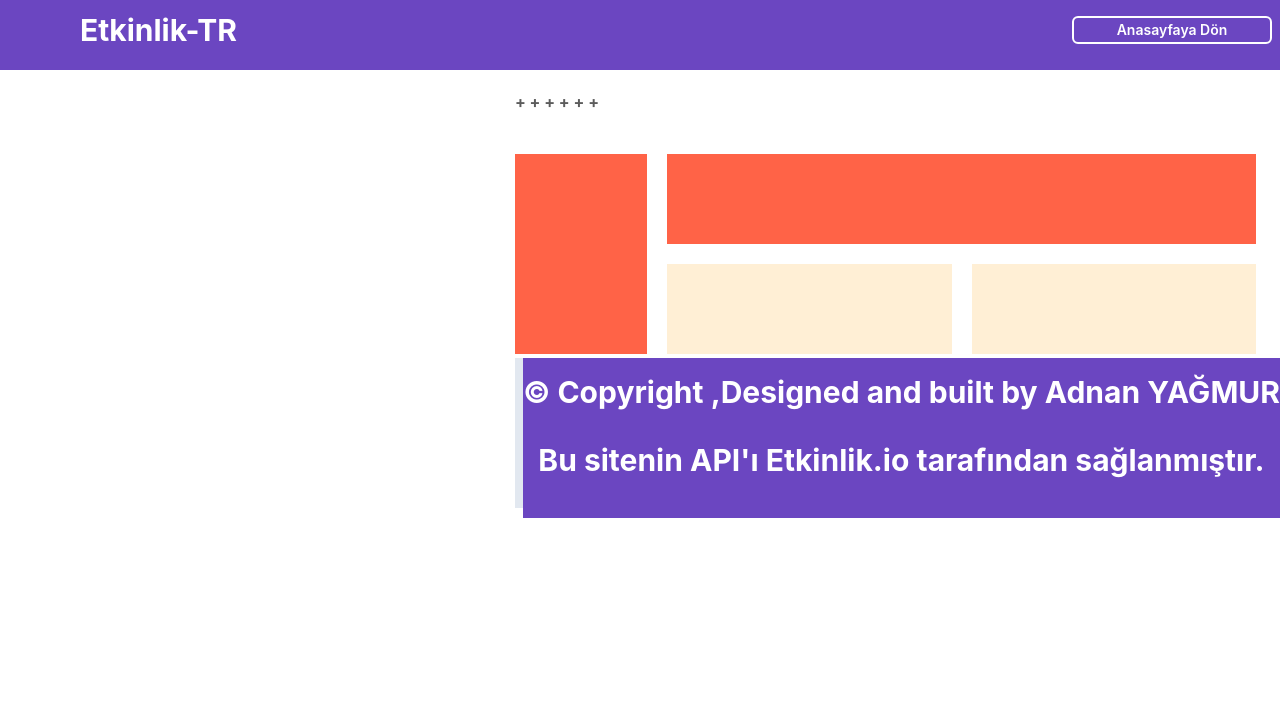
Repository: adnanyagmur/EtsTur-FrontEnd-Hiring-Challange
Page: /detailPage
An editor plug-in stored every save of this project. The page is shown before and after the next save, followed by the edit.
The browser window is 1280 px wide. The pictures show the whole page.
The project was rebuilt for these pictures with package versions that can differ from the ones it lists, and the page was loaded fresh each time. Also part of the build but not shown: src/index.css, src/components/eventList/EventList.jsx, src/components/hompage/HomePage.jsx, src/pastApi/json.js, src/components/pastEventList/PastList.jsx.

Above is the page before, as saved 2022-06-21 22:07:23.

After the next save:
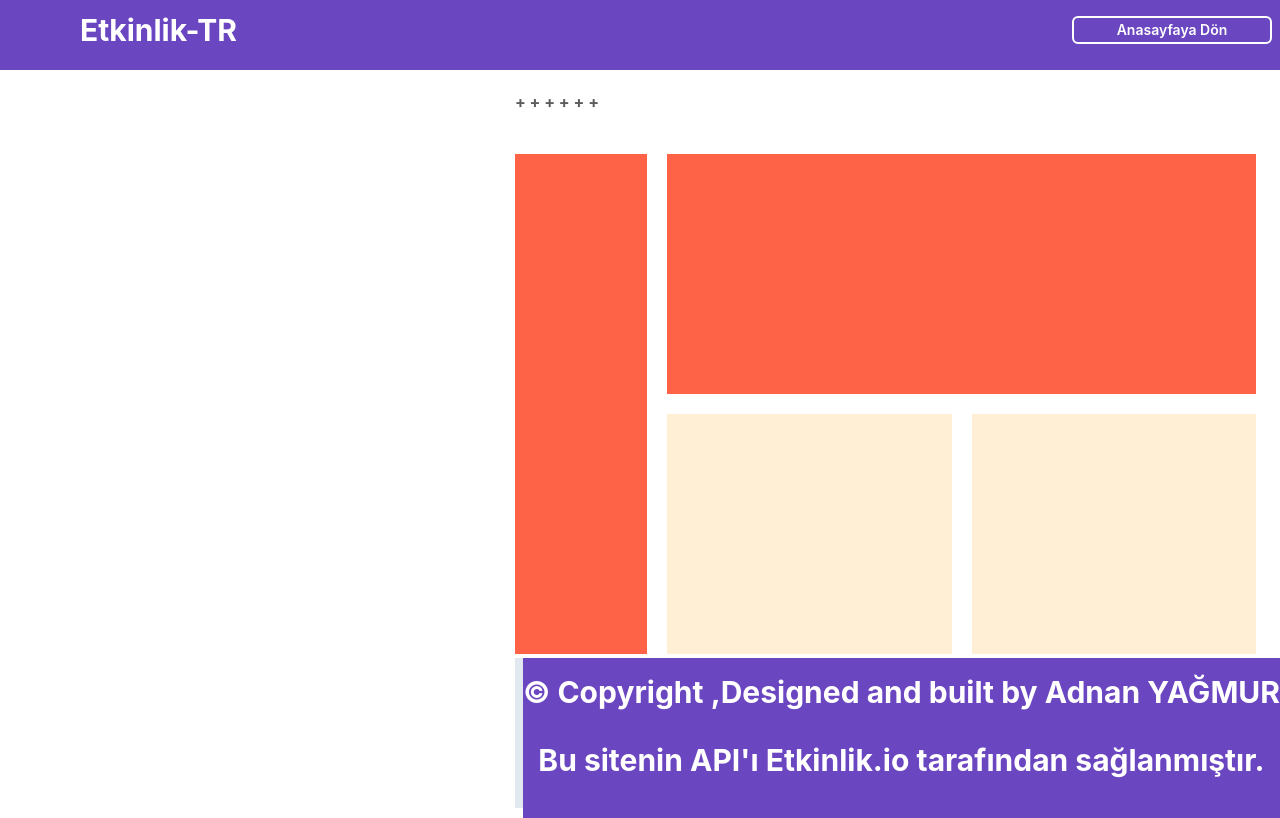
Saved 78 s later.
--- a/src/components/detailPage/DetailPage.jsx
+++ b/src/components/detailPage/DetailPage.jsx
@@ -61,20 +61,20 @@ const DetailPage= ()=> {
 
             <SimpleGrid columns={[null,1]} spacing='40px'>
 
-            {description} + {price} + {basTarih}  +{bitistarihi}
+             + {price} + {basTarih}  +{bitistarihi}
 
 {venue }  + {ticketLink}  + {address} + {district}
 
 <Grid
-  h='200px'
+  h='500px'
   templateRows='repeat(2, 1fr)'
   templateColumns='repeat(5, 1fr)'
   gap={5}
 >
-  <GridItem rowSpan={2} colSpan={1} bg='tomato' ><Text> {name}</Text>
+  <GridItem rowSpan={2} colSpan={1} bg='tomato' >
   <Text>  {category}</Text>
   <Image src={image} ></Image> </GridItem>
-  <GridItem colSpan={4} bg='tomato' />
+  <GridItem colSpan={4} bg='tomato' ><Text> {description} </Text></GridItem>
   <GridItem colSpan={2} bg='papayawhip' />
   <GridItem colSpan={2} bg='papayawhip' />
 </Grid>
